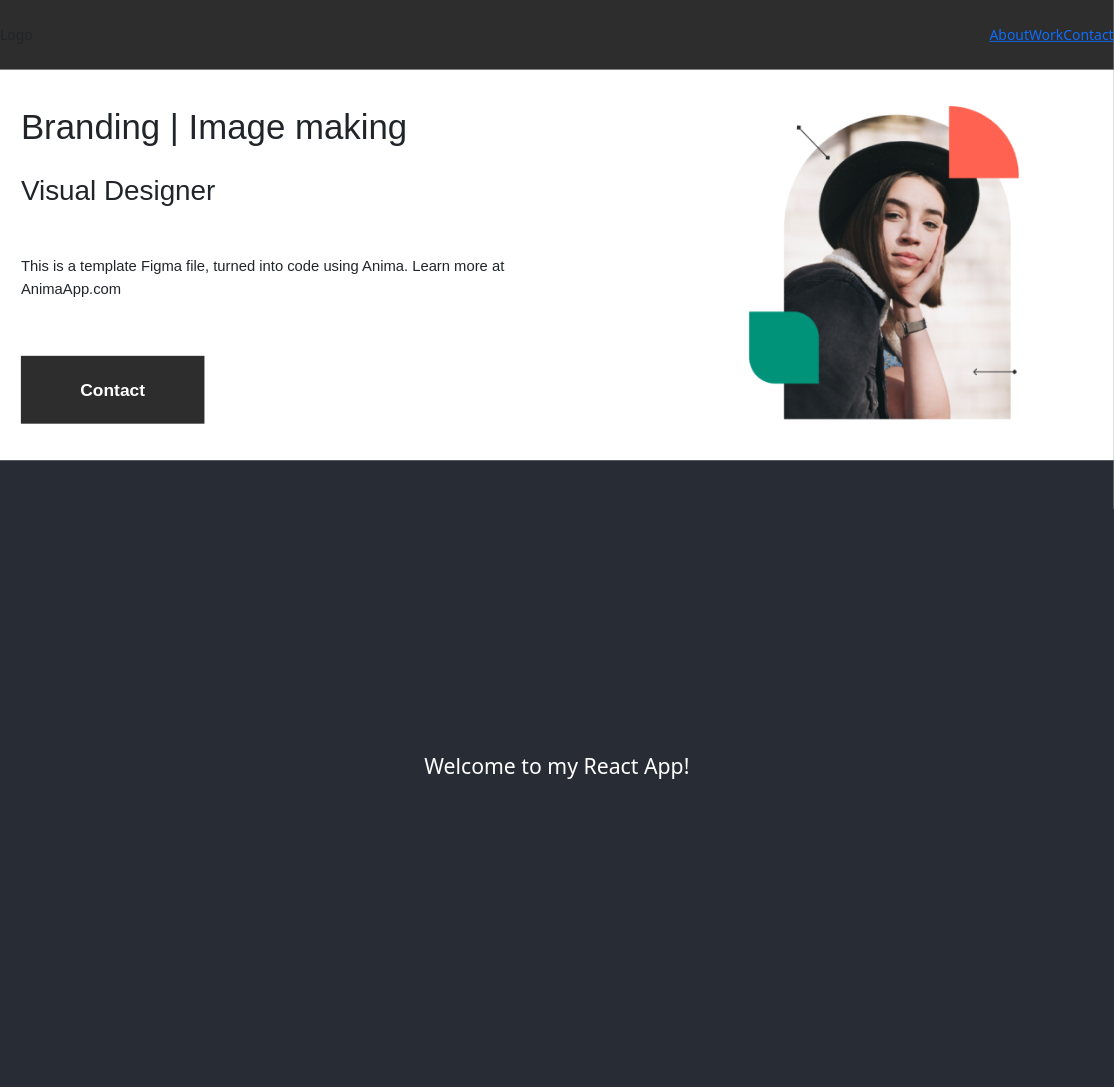
Repository: nida463/project-portofolio
Page: /
These files come from the project's save history. The page is drawn as it stood at one moment and after the next save; the edit follows.
The browser window is 1280 px wide. The pictures show the whole page, at 87% of full size.
The project was rebuilt for these pictures with package versions that can differ from the ones it lists, and the page was loaded fresh each time.

Above is the page before, as saved 2024-09-17 20:32:02.

### src/App.js
import React from 'react';
import './App.css';
import Navbar from './Components/Navbar';  // Mengimpor komponen Navbar
import Header from './Components/Header';  // Mengimpor komponen Header

function App() {
  return (
    <div className="App">
      <Navbar />  {/* Panggil komponen Navbar */}
      <Header />  {/* Panggil komponen Header */}
      <header className="App-header">
        <p>
          Welcome to my React App! {/* Ini hanya contoh konten */}
        </p>
      </header>
    </div>
  );
}

export default App;

### src/Components/Navbar.js
import React from 'react';
import './Navbar.css'; // Mengimpor file CSS untuk Navbar

const Navbar = () => {
  return (
    <nav className="navbar">
      {/* Logo di sebelah kiri */}
      <div className="logo">Logo</div>

      {/* Menu di sebelah kanan */}
      <div className="menu-items">
        <a href="#about">About</a>
        <a href="#work">Work</a>
        <a href="#contact">Contact</a>
      </div>
    </nav>
  );
};

export default Navbar;

### src/Components/Header.js
import React from 'react';
import './Header.css';  // Mengimpor CSS untuk styling

const Header = () => {
  return (
    <div className="header">
      <div className="header-content">
        <div className="title-subtitle">
          <h1>Branding | Image making</h1>
        </div>
        <div className="visual-designer">
          <h2>Visual Designer</h2>
        </div>
        <div className="additional-content">
          <p>This is a template Figma file, turned into code using Anima. Learn more at AnimaApp.com</p>
        </div>
        <button className="header-button">Contact</button>
      </div>
      <div className="header-image">
        <img src="/img/header.png" alt="Header Visual" />
      </div>
    </div>
  );
};

export default Header;

### src/Components/Navbar.css
/* General styles for the navbar */
.navbar {
    width: 100%; /* Lebar full */
    height: 80px; /* Tinggi navbar */
    display: flex;
    justify-content: space-between; /* Konten berada di kedua sisi */
    align-items: center;
    padding: 0 24px; /* Padding untuk jarak dengan tepi */
    background-color: #2D2D2D; /* Warna background */
  }

  /* Styling untuk logo di navbar */
  .navbar-logo img {
    height: 50px; /* Menyesuaikan tinggi logo */
    object-fit: contain;
  }

  /* Styling untuk link navbar */
  .navbar-links {
    display: flex;
    list-style: none;
    gap: 32px; /* Jarak antar link */
  }

  .navbar-links li a {
    color: #FFFFFF;
    text-decoration: none;
    font-family: Epilogue, sans-serif;
    font-size: 18px;
    font-weight: 500;
    transition: color 0.3s ease;
  }

  .navbar-links li a:hover {
    color: #FFD700; /* Warna saat di-hover */
  }

### src/Components/Header.css
/* General styles for the header */
.header {
    width: 1280px; /* Fill width */
    height: auto; /* Hug height */
    padding: 42px 24px;
    display: flex;
    justify-content: space-between; /* Content and image on both ends */
    gap: 68px;
    background-color: #FFFFFF;
    opacity: 1;
  }

  /* Header content styling */
  .header-content {
    width: 620px; /* Fixed width for content */
    height: auto; /* Hug height */
    display: flex;
    flex-direction: column;
    gap: 48px;
  }

  /* Title and Subtitle styling */
  .title-subtitle {
    width: 620px;
    height: 30px;
    font-family: Epilogue, sans-serif;
    font-size: 20px;
    font-weight: 600;
    line-height: 30px;
    text-align: left;
  }

  .visual-designer {
    width: 620px;
    font-family: Epilogue, sans-serif;
    font-size: 68px;
    font-weight: 600;
    line-height: 69.7px;
    text-align: left;
  }

  .additional-content {
    width: 620px;
    font-family: Epilogue, sans-serif;
    font-size: 17px;
    font-weight: 400;
    text-align: left;
  }

  /* Button styling */
  .header-button {
    padding: 24px 64px;
    font-family: Epilogue, sans-serif;
    font-size: 20px;
    font-weight: 600;
    text-align: center;
    background-color: #2D2D2D;
    color: #FFFFFF;
    border: none;
    cursor: pointer;
    width: 211px;
    height: 78px;
  }

  .header-button:hover {
    background-color:
      #444444;
  }

  /* Header image styling */
  .header-image {
    width: 480px;
    height: 360px;
  }

  .header-image img {
    width: 100%;
    height: 100%;
    object-fit: cover;
  }

Loaded but not shown: public/index.html (common file); src/index.js (common file); src/index.css (common file); src/reportWebVitals.js (common file); src/App.css (common file)

After the next save:
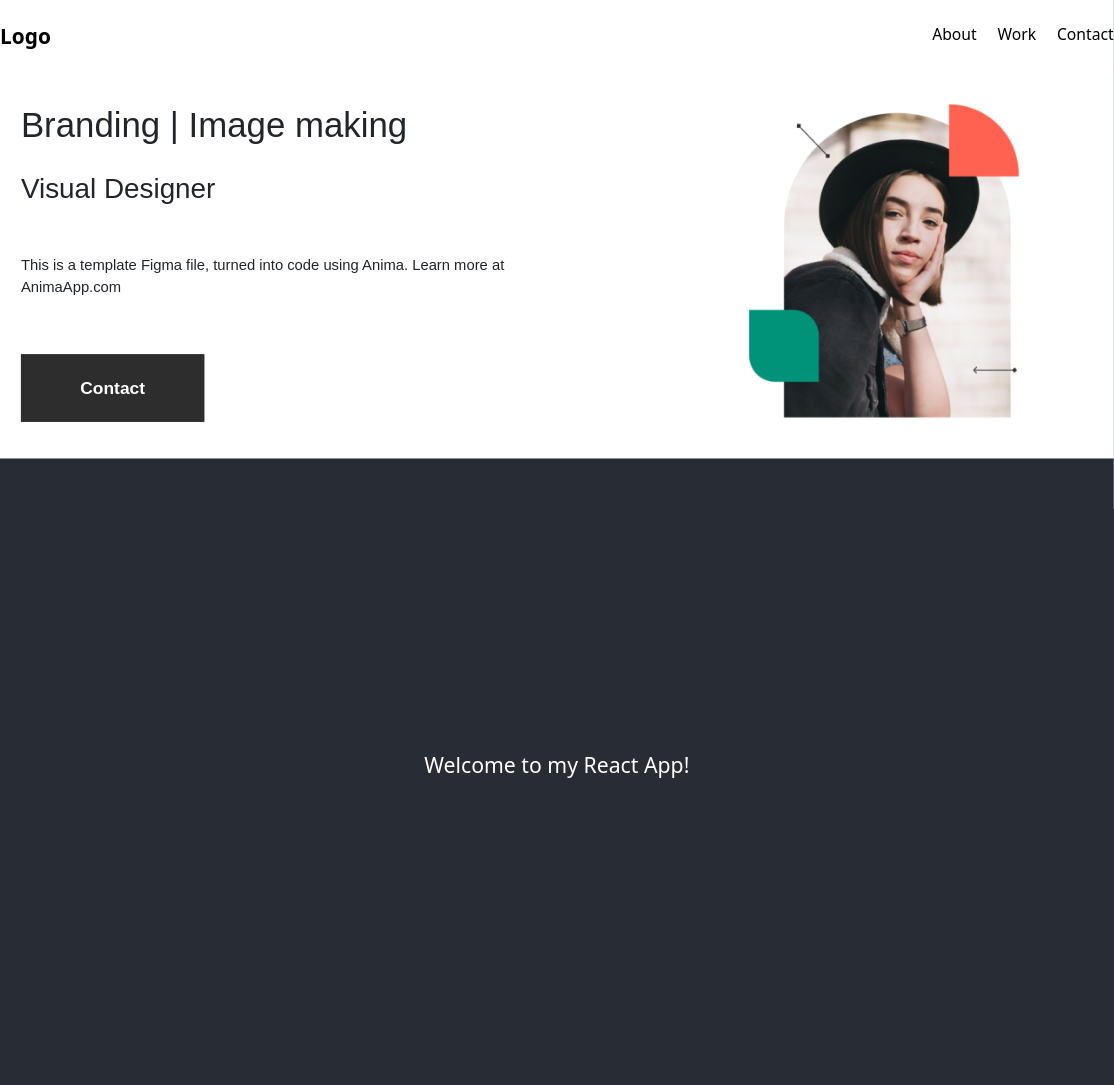
Saved 17 s later.
--- a/src/Components/Navbar.css
+++ b/src/Components/Navbar.css
@@ -1,36 +1,47 @@
-/* General styles for the navbar */
+/* Navigation Bar */
 .navbar {
-    width: 100%; /* Lebar full */
-    height: 80px; /* Tinggi navbar */
     display: flex;
-    justify-content: space-between; /* Konten berada di kedua sisi */
+    flex-direction: row;
+    justify-content: space-between;
     align-items: center;
-    padding: 0 24px; /* Padding untuk jarak dengan tepi */
-    background-color: #2D2D2D; /* Warna background */
+    padding: 24px 42px;
+    gap: 24px;
+
+    width: 1280px;
+    height: 78px;
+
+    background: #FFFFFF;
   }
 
-  /* Styling untuk logo di navbar */
-  .navbar-logo img {
-    height: 50px; /* Menyesuaikan tinggi logo */
-    object-fit: contain;
+  /* Logo di kiri */
+  .logo {
+    width: 49px;
+    height: 30px;
+    font-size: 24px;
+    font-weight: 600;
+    color: #000000;
   }
 
-  /* Styling untuk link navbar */
-  .navbar-links {
+  /* Menu Items di kanan */
+  .menu-items {
     display: flex;
-    list-style: none;
-    gap: 32px; /* Jarak antar link */
+    flex-direction: row;
+    justify-content: flex-end;
+    align-items: flex-start;
+    gap: 24px;
+
+    width: 209px;
+    height: 27px;
   }
 
-  .navbar-links li a {
-    color: #FFFFFF;
+  /* Link untuk setiap menu item */
+  .menu-items a {
+    font-size: 18px;
+    font-weight: 400;
+    color: #000000;
     text-decoration: none;
-    font-family: Epilogue, sans-serif;
-    font-size: 18px;
-    font-weight: 500;
-    transition: color 0.3s ease;
   }
 
-  .navbar-links li a:hover {
-    color: #FFD700; /* Warna saat di-hover */
+  .menu-items a:hover {
+    color: #444444;
   }
